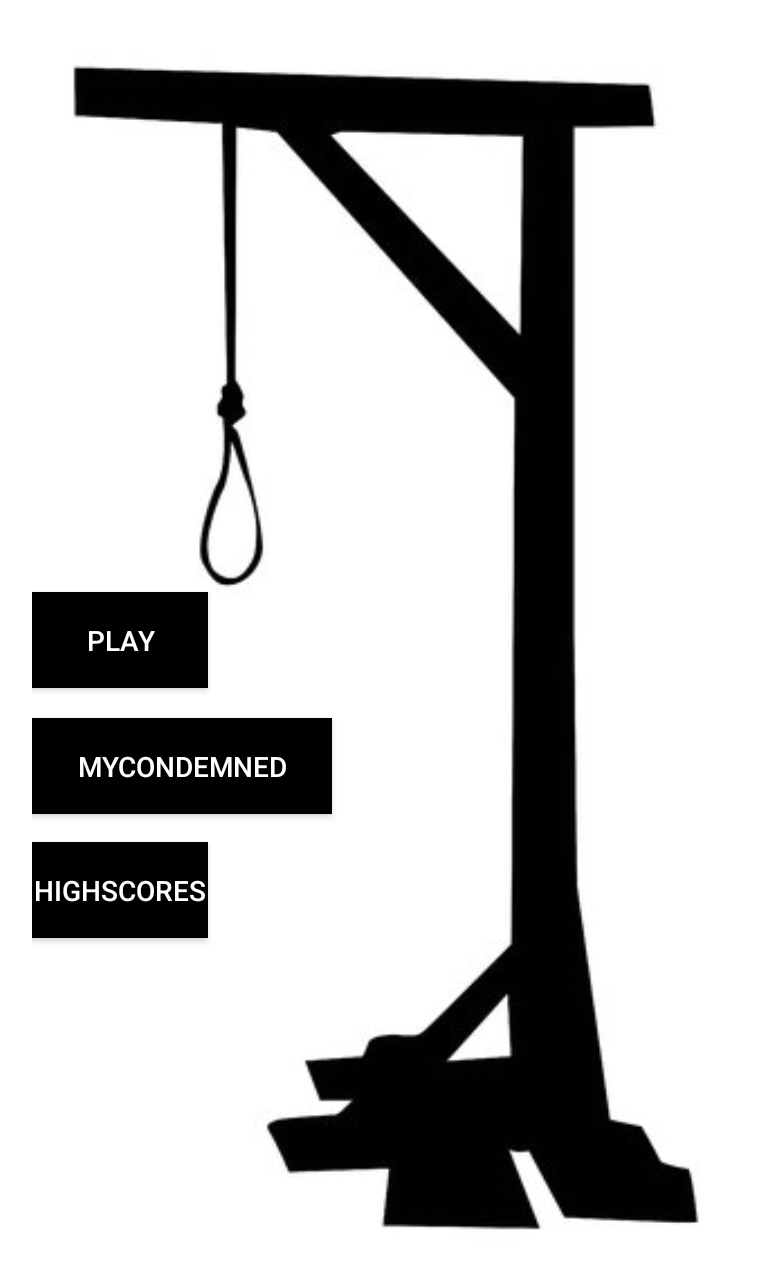
Repository: Sjaakja/hangman_app_studio
Layout: workspace/Hangman-TimeToSaveYourFriends/res/layout/fragment_main.xml
An editor plug-in stored every save of this project. The layout is shown before and after the next save, followed by the edit.
It is drawn on a 768 x 1280 px phone screen (xhdpi) without system bars, with theme AppTheme; the app's code is not run.

Above is the layout before, as saved 2014-06-10 15:05:51.

After the next save:
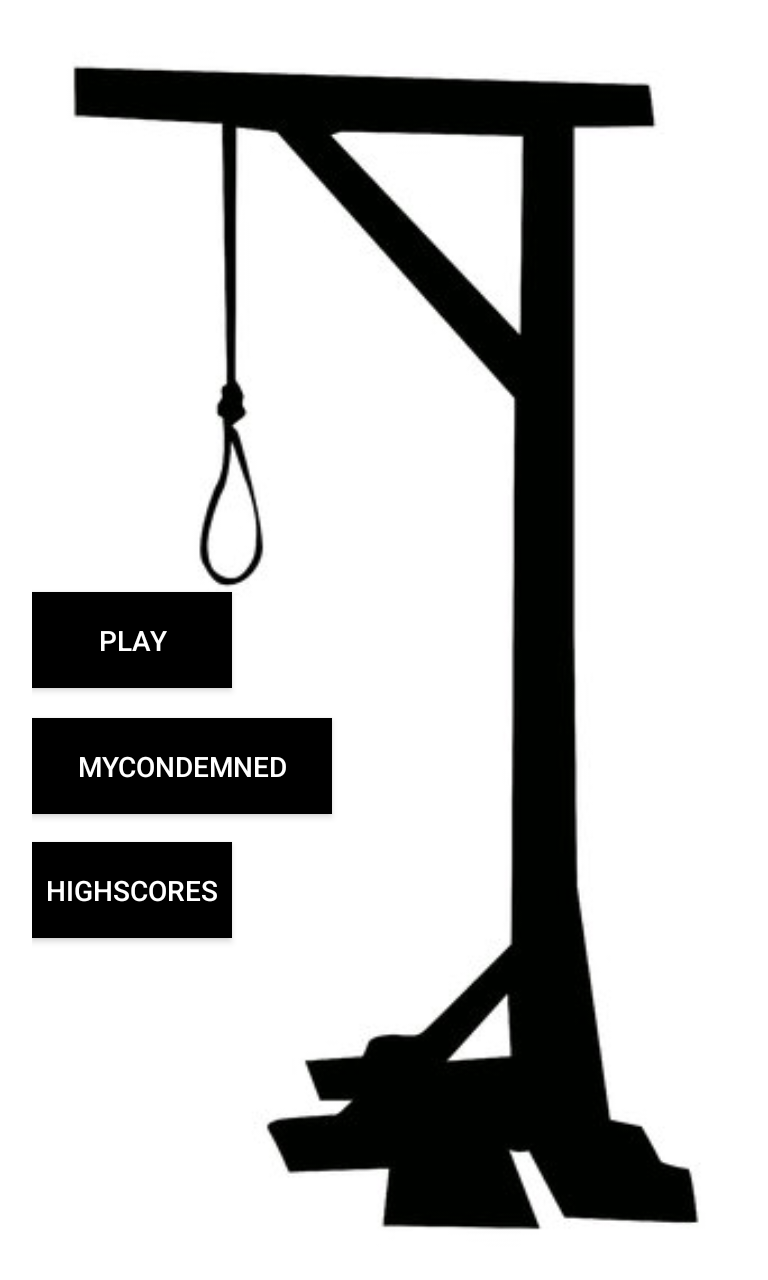
Saved 21 s later.
--- a/workspace/Hangman-TimeToSaveYourFriends/res/layout/fragment_main.xml
+++ b/workspace/Hangman-TimeToSaveYourFriends/res/layout/fragment_main.xml
@@ -11,7 +11,7 @@
 
     <Button
         android:id="@+id/button1"
-        android:layout_width="wrap_content"
+        android:layout_width="100dp"
         android:layout_height="wrap_content"
         android:layout_alignParentLeft="true"
         android:layout_centerVertical="true"
@@ -32,7 +32,7 @@
 
     <Button
         android:id="@+id/button3"
-        android:layout_width="wrap_content"
+        android:layout_width="100dp"
         android:layout_height="wrap_content"
         android:layout_alignLeft="@+id/button2"
         android:layout_below="@+id/button2"
